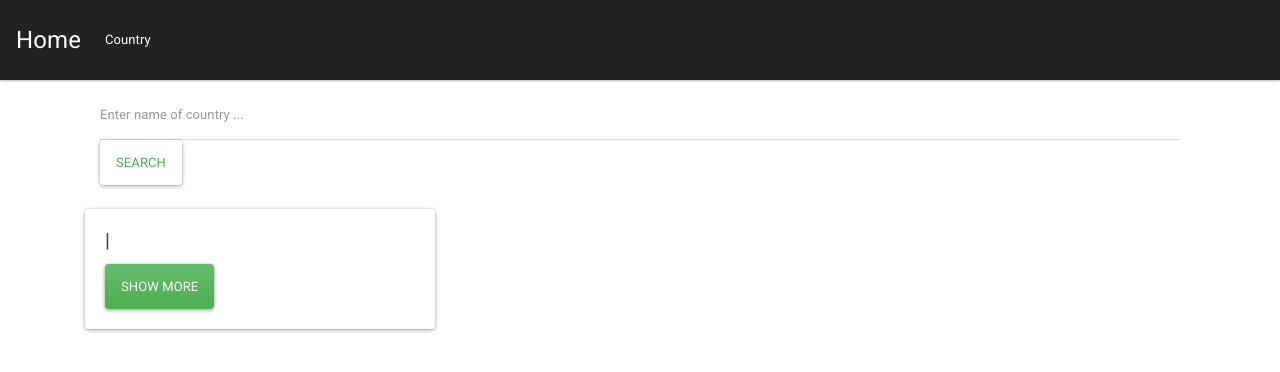
Repository: abdelhak-f/Countries_React
Page: / (app in client/)
These files come from the project's save history. The page is drawn as it stood at one moment and after the next save; the edit follows.
The browser window is 1280 px wide. The pictures show the whole page.
The page's requests for data from a server got no answer. The project was rebuilt for these pictures with package versions that can differ from the ones it lists, and the page was loaded fresh each time. No one was signed in, and anything a server would have sent is missing. Also part of the build but not shown: client/src/components/countrys/ProfilCountry.jsx.

Above is the page before, as saved 2021-05-11 12:36:16.

After the next save:
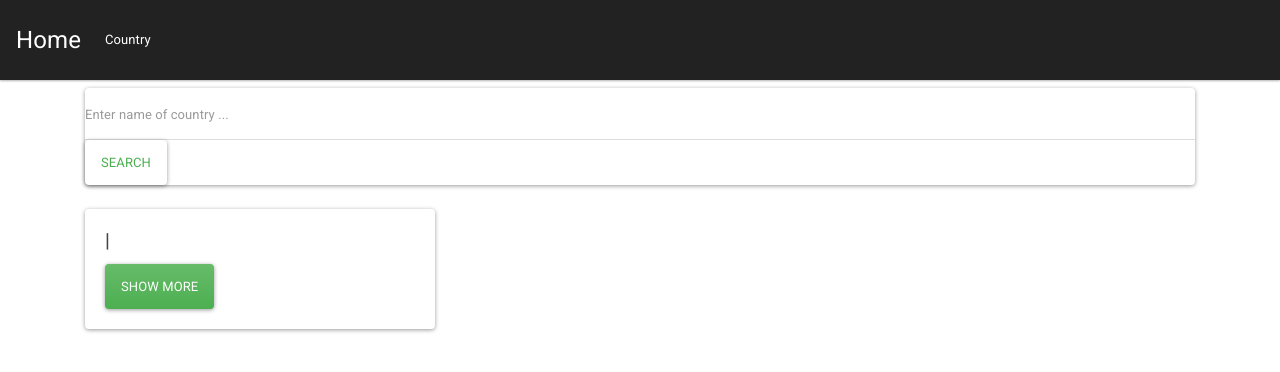
Saved 25 s later.
--- a/client/src/components/countrys/SearchCountry.jsx
+++ b/client/src/components/countrys/SearchCountry.jsx
@@ -65,7 +65,7 @@ const Codes = ({ alpha3Code, alpha2Code, flag, name}) => {
 
     return (
         <div>
-            <div className="container">
+            <div className="card">
                 <form className="">
                     <input onChange={e => setInput(e.target.value)} className="form-control" type="search" placeholder="Enter name of country ..." aria-label="Search" />
                     <button className="btn btn-outline-success" type="submit">Search</button>
